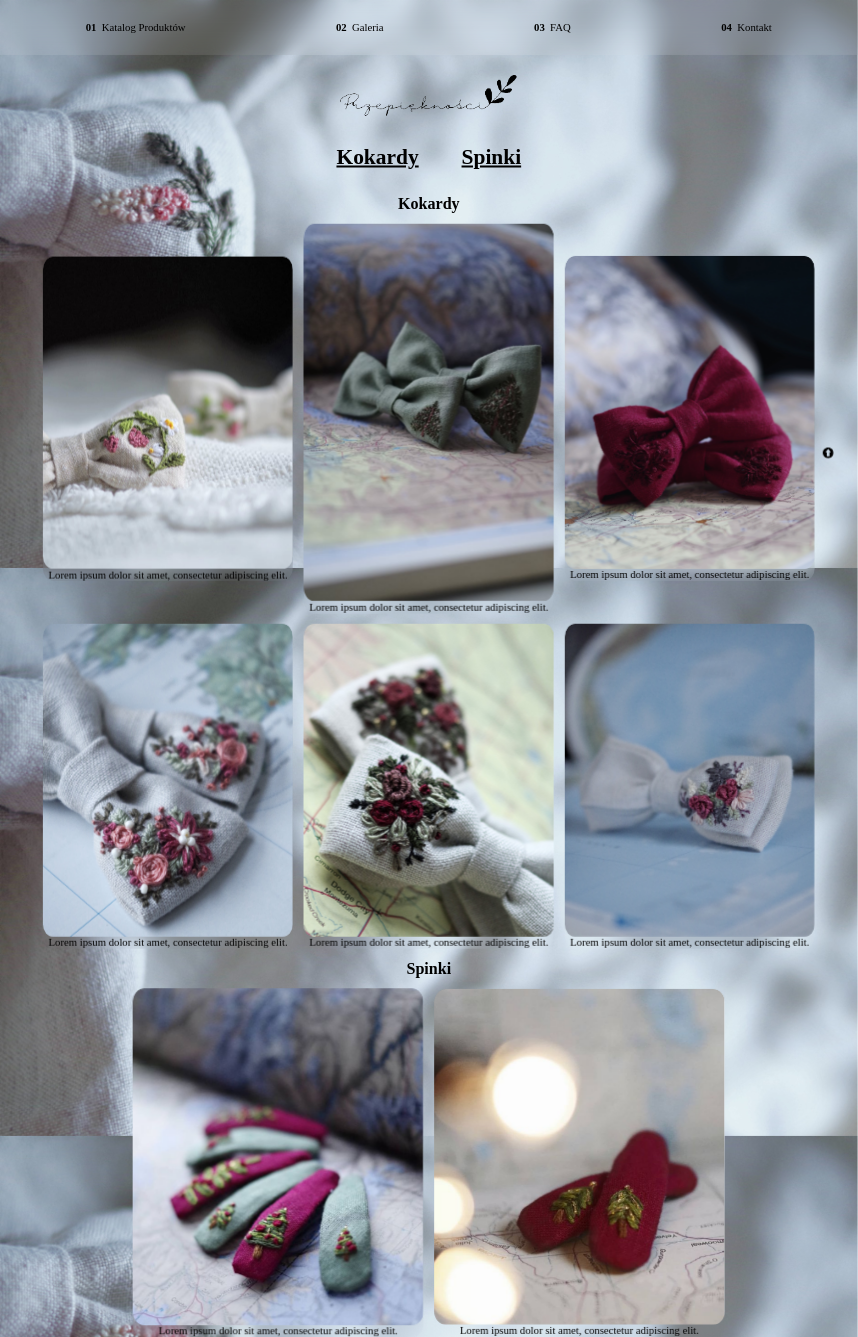
Repository: kowalkos/Rak_projekt
Page: /produkty
An editor plug-in stored every save of this project. The page is shown before and after the next save, followed by the edit.
The browser window is 1280 px wide. The pictures show the whole page, at 67% of full size.
Backgrounds fixed to the window are drawn as part of the page. The project was rebuilt for these pictures with package versions that can differ from the ones it lists, and the page was loaded fresh each time. Also part of the build but not shown: src/components/galeria/Galeria.js, src/components/main/Main.js, src/components/FAQ/Faq.js, src/components/about/About.js.

Above is the page before, as saved 2022-01-16 19:01:54.

### src/index.css
body {
  margin: 0;
  background-image: url('/src/img/tlo.jpg');
  background-attachment: fixed;
  background-repeat: no-repeat;
  background-size: cover;
  overflow-x: hidden;
  color: black;

  min-width: 325px;
}

### src/App.js
import Produkt from './components/produkty/produkt';
import Galeria from './components/galeria/Galeria';
import Main from './components/main/Main';
import Faq from './components/FAQ/Faq';
import About from './components/about/About';
import Footer from './components/footer/footer';
import './App.css';
import NavBar from './components/navbar/NavBar';
import {BrowserRouter as Router, Route, Routes} from 'react-router-dom';
function App() {

  return (
    <Router>
    <div className="App">
     <NavBar/>
     <Routes>
     <Route path="/" element={<Main/>}/>
     <Route path="/Faq"element={<Faq/>}/>
     <Route path="/produkty" element={<Produkt/>}/>
     <Route path="/galeria"element={<Galeria/>}/>
     <Route path="/about"element={<About/>}/>
     </Routes>
     <Footer/>
    </div>
    </Router>
  );
}

export default App;

### src/components/produkty/produkt.js
import './Produkt.css';
import kokarda1 from '../../img/kokarda1.jpg';
import kokarda2 from '../../img/kokarda2.jpg';
import kokarda3 from '../../img/kokarda3.jpg';
import kokarda4 from '../../img/kokarda4.jpg';
import kokarda5 from '../../img/kokarda5.jpg';
import kokarda6 from '../../img/kokarda6.jpg';
import spinka1 from '../../img/spinka1.png';
import spinka2 from '../../img/spinka2.png';
function Produkt(props) {


    return <div className='wrapper'>
        <div className='references'>
            <a href='#kokardy'>
                <h1 >Kokardy</h1>
            </a>
            <a href='#spinki'>
                <h1 >Spinki</h1>
            </a>
        </div>

        <section id='kokardy'>

            <h2>Kokardy</h2>
            <div className='container'>

                <div className='items'>
                    <img src={kokarda1} />
                    Lorem ipsum dolor sit amet, consectetur adipiscing elit.
                </div>
                <div className='items'>
                    <img src={kokarda2} />
                    Lorem ipsum dolor sit amet, consectetur adipiscing elit.
                </div>
                <div className='items'>
                    <img src={kokarda3} />
                    Lorem ipsum dolor sit amet, consectetur adipiscing elit.
                </div>
                <div className='items'>
                    <img src={kokarda4} />
                    Lorem ipsum dolor sit amet, consectetur adipiscing elit.
                </div>
                <div className='items'>
                    <img src={kokarda5} />
                    Lorem ipsum dolor sit amet, consectetur adipiscing elit.
                </div>
                <div className='items'>
                    <img src={kokarda6} />
                    Lorem ipsum dolor sit amet, consectetur adipiscing elit.
                </div>
            </div>
        </section>

        <section id='spinki'>
            <h2>Spinki</h2>
            <div className='container2'>

                <div className='items'>
                    <img src={spinka1} />
                    Lorem ipsum dolor sit amet, consectetur adipiscing elit.
                </div>
                <div className='items'>
                    <img src={spinka2} />
                    Lorem ipsum dolor sit amet, consectetur adipiscing elit.
                </div>
            </div>
        </section>
    </div>;

}

export default Produkt;

### src/components/footer/footer.js
import './footer.css';
function Footer(props)
{
    return <div >

            <a href='#top'>
                <button className='upArrow'></button>
            </a>


    </div>;
}
export default Footer;

### src/App.css
.App {
  text-align: center;
  /* background-image: url('/src/img/kosmos.jpg'); */

}

### src/components/navbar/NavBar.js

import { Link } from 'react-router-dom';
import logo from '../../img/logoso.png';
import './NavBar.css';
function NavBar(props) {


    function toggle() {
        const primaryNav = document.querySelector('.primary-navigation');
        const navToggle = document.querySelector('.mobile-nav-toggle');
        console.log(primaryNav);
        console.log(navToggle);

        const visibility = primaryNav.getAttribute('data-visible');
        if (visibility === "false") {
            primaryNav.setAttribute('data-visible', true);
            navToggle.setAttribute('aria-expanded', true);
        }
        else if (visibility === "true") {
            primaryNav.setAttribute('data-visible', false);
            navToggle.setAttribute('aria-expanded', false);
        }
        console.log(visibility);
    }
    return <header className='primary-header'>
        <button className='mobile-nav-toggle'
            aria-controls='primary-navigation'
            onClick={toggle} >
            <span className='sr-only'></span>
        </button>

        <nav>
            <ul id='primary-navigation' aria-expanded="false" data-visible="false" className='primary-navigation flex'>
                {/* <li>
                    <Link to='/' >
                        <span aria-hidden="true">00</span>
                        Strona główna
                    </Link>
                </li> */}
                <li>
                    <Link to='/produkty' >
                        <span aria-hidden="true">01</span>
                        Katalog Produktów
                    </Link>
                </li>
                <li>
                    <Link to='/galeria' >
                        <span aria-hidden="true">02</span>
                        Galeria
                    </Link>
                </li>
                <li>
                    <Link to='/Faq' >
                        <span aria-hidden="true">03</span>
                        FAQ
                    </Link>
                </li>
                <li>
                    <Link to='/about' >
                        <span aria-hidden="true">04</span>
                        Kontakt
                    </Link>
                </li>
            </ul>
        </nav>
        <div className='logo'>
        <Link to='/' >
            <img  src={logo} alt='Logo'></img>
            </Link>
        </div>

    </header>;

    // return <div className='main-nav-bar' >
    //     <div className='nav-bar__roll-down' onhover={onHoverHandle} >
    //         Katalog Produktów
    //         <div id='nav-bar__inside'>
    //             Kokardy
    //         </div>
    //         <div id='nav-bar__inside'>
    //             Kokardy
    //         </div>
    //         <div id='nav-bar__inside'>
    //             Kokardy
    //         </div>
    //         <div id='nav-bar__inside'>
    //             Kokardy
    //         </div>height:"20px";width
    //     </div >
    //     <div className='nav-bar'>
    //         O mnie
    //     </div>
    //     <div className='nav-bar'>
    //         FAQ
    //     </div>
    //     <div className='nav-bar'>
    //         Kontakt
    //     </div>

    // </div>;
}

export default NavBar;

### src/components/produkty/Produkt.css
.references
{
    width: 100%;
    text-align: center;
}
.references a {
    color: black;
    display: inline-block;
    padding: 0rem 1rem;
    margin:0 1rem;

}
h2{
    margin: 1rem auto;
    width: max(70%,300px);
}
@supports(backdrop-filter: blur(1rem)) {
    .items{
        backdrop-filter: blur(1rem);

        border-radius: 4%;
        overflow: hidden;



    }
}
.items
{
    margin:  auto;
    width: max(100%);

}
.items >img{
    max-width: 100%;
    display: block;
    margin: 0 auto;
    border-radius: 4%;
}
.wrapper{
    width: 100%;
}
.container2
{
    width: 69%;
   margin: 0 auto;
    display: grid;
    grid-template-columns: repeat(2,1fr);
    gap:1rem 1rem;
}
.container
{
    width: 90%;
   margin: 0 auto;
    display: grid;
    grid-template-columns: repeat(3,1fr);
    gap:1rem 1rem;
}
.col-span
{
    grid-column: span 2;
}

### src/components/footer/footer.css
.footer
{
    width: 80%;
    margin: 0 auto;
}
.upArrow
{
    display: block;
    position: fixed;
    width: 2.25rem;
    aspect-ratio: 1;
    right: 1rem;
    bottom: 1rem;
    z-index: 10000;
    background-color: transparent;
    background-image: url(/src/img/arrow_up.svg);
    background-repeat: no-repeat;
    border: 0px;
    transition: all 0.5s ease-in-out;

}

### src/components/navbar/NavBar.css
.flex {
    display: flex;
    gap: var(--gap, 1rem);
}

.primary-header {
    align-items: center;
    justify-content: space-between;

}
.logo{
    margin:0rem;
}
.mobile-nav-toggle {
    display: none;
}

.primary-navigation {
    list-style: none;
    margin: 0 0rem;
    background: hsl(0 0% 0% /0.75);
}


.primary-navigation a {
    text-decoration: none;
    color: black;
}

.primary-navigation a>[aria-hidden="true"] {
    font-weight: 700;
    margin-inline-end: .5rem;
}

@supports(backdrop-filter: blur(1rem)) {
    .primary-navigation {
        background: hsl(0 0% 100% /0.1);
        backdrop-filter: blur(1rem);
    }
}

@media (max-width:35em) {
    .primary-navigation {
        position: fixed;
        inset: 0 0 0 50%;
        --gap: 1rem;
        z-index: 1000;
        flex-direction: column;
        padding: min(30vh, 5rem) 1rem;

        transform: translateX(100%);
        transition: transform 350ms ease-out;
    }

    .primary-navigation[data-visible="true"] {
        transform: translateX(0%);
    }

    .mobile-nav-toggle {
        display: block;
        position: fixed;
        width: 2.25rem;
        aspect-ratio: 1;
        top: 2rem;
        right: 1rem;
        z-index: 9999;
        background-color: transparent;
        background-image: url(/src/img/Hamburger_icon.svg);
        background-repeat: no-repeat;
        border: 0px;
    }

    .mobile-nav-toggle[aria-expanded="true"] {
        background-image: url(/src/img/x-symbol.svg);
        background-size: 32px;
    }

    .sr-only {
        display: none;
    }
}

@media (min-width:35em) and (max-width:55em) {
    .primary-navigation a>span[aria-hidden="true"] {
        display: none;
    }
}
@media (min-width:35em)
{

.primary-navigation{
    --gap:2rem;
    justify-content: space-between;
    padding-block: 2rem;
    padding-inline:clamp(3rem,10vw,10rem);
}
}

Loaded but not shown: public/index.html (common file); src/index.js (common file)

After the next save:
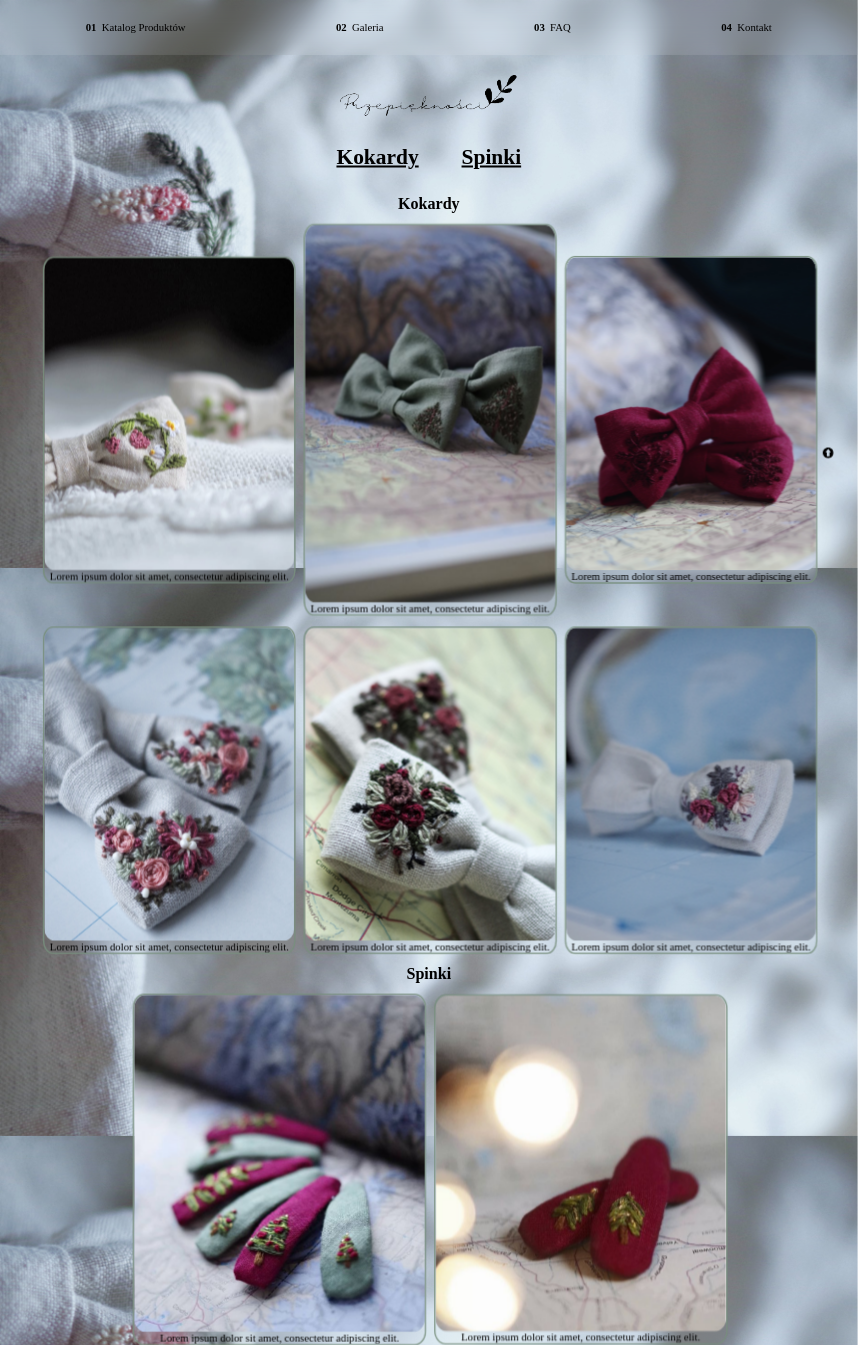
Saved 12 min 10 s later.
--- a/src/components/produkty/Produkt.css
+++ b/src/components/produkty/Produkt.css
@@ -18,6 +18,8 @@
     .items{
         backdrop-filter: blur(1rem);
 
+        border: 2px solid ;
+        border-color: rgba(120, 143, 126,0.9);
         border-radius: 4%;
         overflow: hidden;
 

After the save that followed:
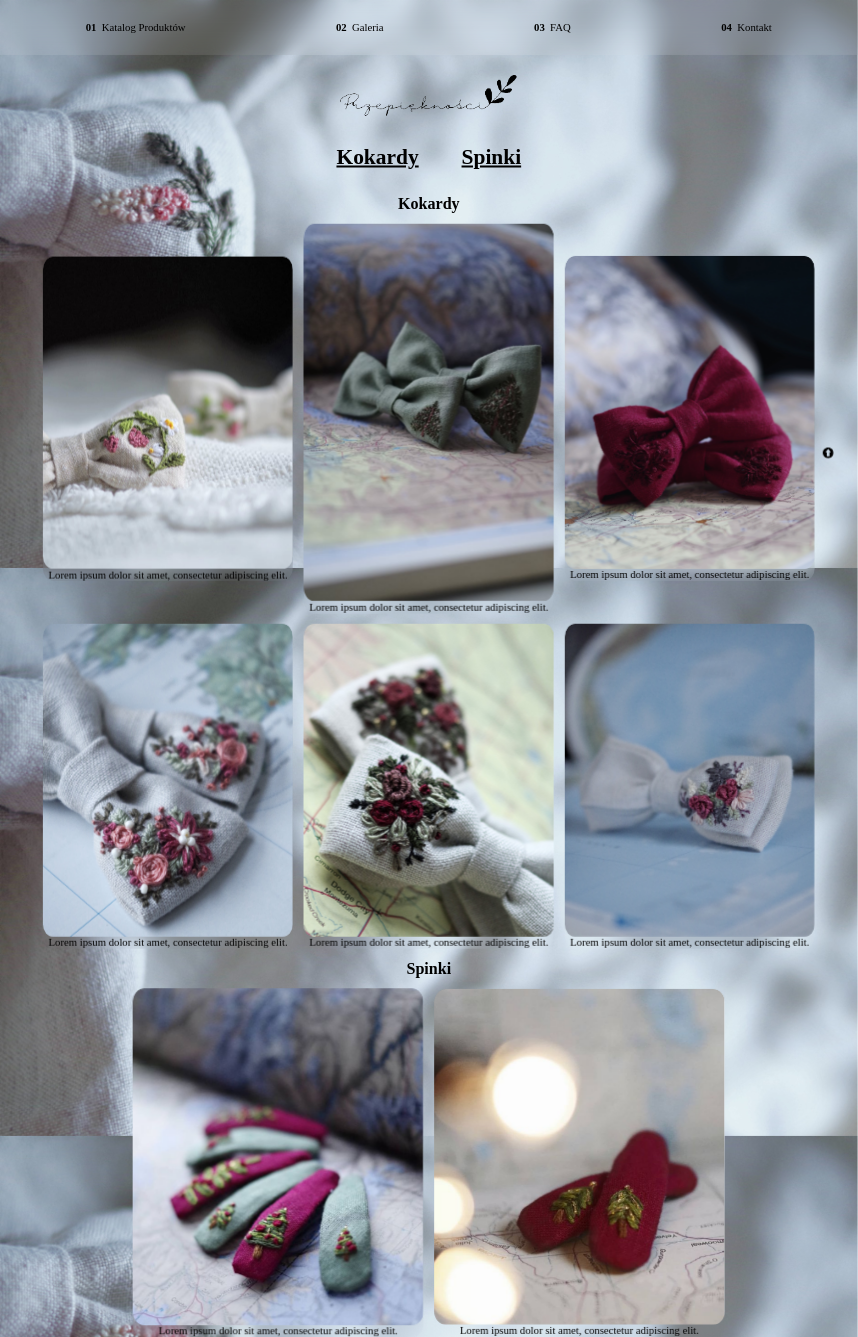
Saved 46 s later.
--- a/src/components/produkty/Produkt.css
+++ b/src/components/produkty/Produkt.css
@@ -18,8 +18,7 @@
     .items{
         backdrop-filter: blur(1rem);
 
-        border: 2px solid ;
-        border-color: rgba(120, 143, 126,0.9);
+
         border-radius: 4%;
         overflow: hidden;
 
